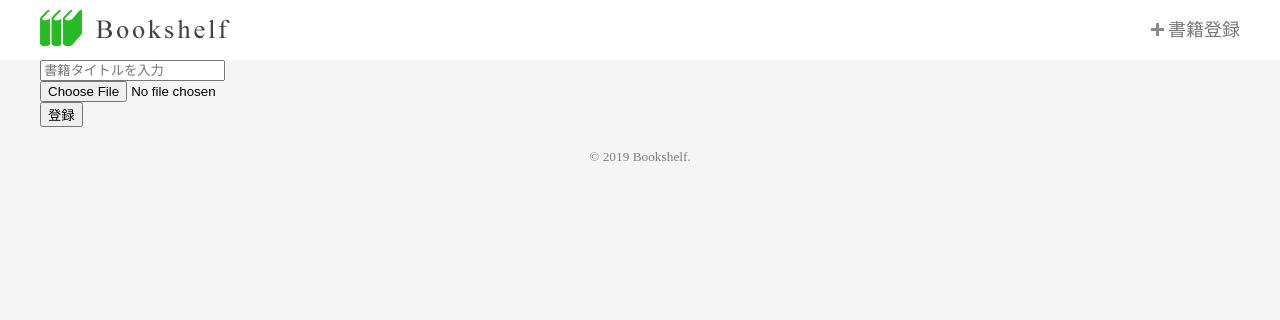
Repository: yuki-koike/bookshelf
Page: http://localhost/bookshelf_form.php
The author's editor kept a record of every edit. The page is drawn from the files as they stood at one moment, then again after the next edit.
The browser window is 1280 px wide. The pictures show the whole page.
The page is run by PHP 8.4 with error messages shown; the project is at /var/www/html/.

Above is the page before.

### bookshelf_form.php
<!DOCTYPE html>
<html lang="ja">
    <head>
        <meta charset="utf-8">
        <title>Bookshelf | カンタン！あなたのオンライン本棚</title>
        <link rel="stylesheet" href="bookshelf.css">
    </head>
    <body>
        <header>
            <div id="header">
                <div id="logo">
                    <a href="./bookshelf_index.php"><img src="./images/logo.png" alt="Bookshelf"></a>
                </div>
                <nav>
                    <a href="./bookshelf_form.php"><img src="./images/icon_plus.png" alt=""> 書籍登録</a>
                </nav>
            </div>
        </header>
        <div id="wrapper">
            <div id="main">
                <form action="bookshelf_index.php" method="post" class="form_book" enctype="multipart/form-data">
                    <div class="book_title">
                        <input type="text" name="add_book_title" placeholder="書籍タイトルを入力">
                    </div>
                    <div class="book_image">
                        <input type="file" name="add_book_image">
                    </div>
                    <div class="book_submit">
                        <input type="submit" name="submit_add_book" value="登録">
                    </div>
                </form>
            </div>
        </div>
        <footer>
            <small>© 2019 Bookshelf.</small>
        </footer>
    </body>
</html>

### bookshelf.css
@charset "UTF-8";

＊{
    box-sizing: border-box;
}
.clearfix::after {
    content: "";
    clear: both;
    display: block;
}

body {
    margin: 0;
    padding: 0;
    background-color: #f5f5f5;
}

header {
    background-color: white;
}
#header {
    max-width: 1200px;
    height: 60px;
    margin: 0 auto;
}
#logo {
    display: inline-block;
    margin-top: 10px;
}
header nav {
    float: right;
    display: inline-block;
    margin-top: 15px;
}
header nav a {
    text-decoration: none;
    color: #777;
    font-size: 18px;
}

#cover {
    color: white;
    height: 300px;
    background-color: black;
    background-image: url("./images/cover.jpg");
    background-position: center center;
    background-repeat: no-repeat;
    display: flex;
    justify-content: center;
    align-items: center;
    flex-flow: column nowrap;
}
#cover_title {
    font-size: 36px;
    letter-spacing: 10px;
}

.book_status {
    display: inline-block;
    text-align: center;
}
.book_status input {
    cursor: pointer;
    background-color: #ddd;
}
.unread.active input {
    background-color: #e00d26;
}
.reading.active input {
    background-color: #219ed2;
}
.finished.active input {
    background-color: #1ca40a;
}
.unread input:hover {
    background-color: #e00d26;
}
.reading input:hover {
    background-color: #219ed2;
}
.finished input:hover {
    background-color: #1ca40a;
}

.book_count {
    margin-top: 5px;
}

#cover .book_status input {
 border: 0;
 color: white;
 font-size: 16px;
 font-weight: bold;
 margin: 0 25;
 padding: 0;
 width: 70px;
 height: 30px;
 border-radius: 15px;
 text-align: center;
}

#main {
    margin: 0 auto;
    width: 1200px;
}

#book_list {
    margin: 20px auto;
}

.book_item {
    width: 170px;
    height: 270px;
    padding: 10px;
    display: table-cell;
    text-align: center;
    vertical-align: middle;
}

.book_item .datail {
    padding: 10px;
    background-color: #fafafa;
    border-top: solid 1px #ddd;
}

.book_item .datail .book_title {
    margin: 0 auto;
    height: 50px;
    text-align: center;
    overflow: hidden;
}

.book_item .book_datail form {
    padding-top: 5px;
    text-align: center;
}

.book_item .book_detail .book_status input {
    border: 0;
    color: white;
    font-size: 14px;
    font-weight: bold;
    margin: 0 4px;
    padding: 0;
    width: 70px;
    height: 30px;
    border-radius: 5px;
}

.book_delete {
    margin-top: 5px;
    text-align: right;
}

.book_delete input {
    border: 0;
    padding: 0;
    background-color: white;
    color: gray;
    font-size: 12px;
    cursor: pointer;
}

.book_delete img {
    vertical-align: text-bottom;
}

footer {
    padding: 20px 0;
    text-align: center;
    color: gray;
}

After the next edit:
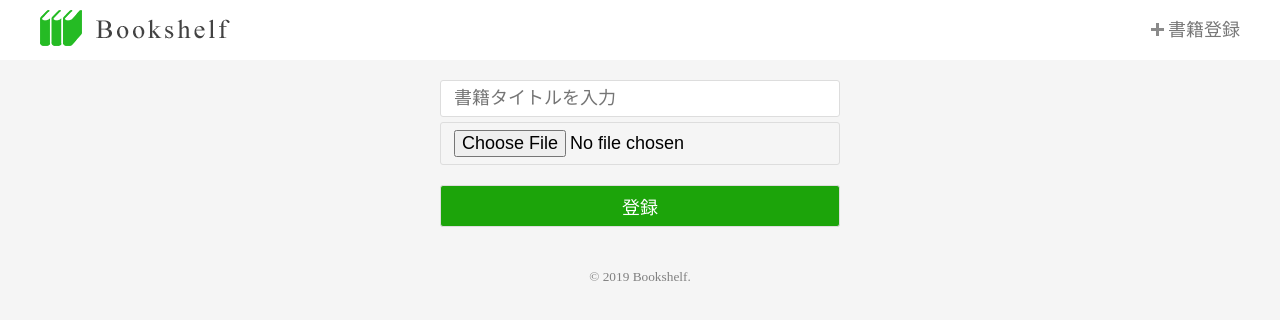
The edit:
--- a/bookshelf.css
+++ b/bookshelf.css
@@ -1,20 +1,18 @@
 @charset "UTF-8";
 
-＊{
+* {
     box-sizing: border-box;
 }
 .clearfix::after {
-    content: "";
-    clear: both;
-    display: block;
-}
-
+  content: "";
+  clear: both;
+  display: block;
+}
 body {
     margin: 0;
     padding: 0;
     background-color: #f5f5f5;
 }
-
 header {
     background-color: white;
 }
@@ -50,6 +48,7 @@
     align-items: center;
     flex-flow: column nowrap;
 }
+
 #cover_title {
     font-size: 36px;
     letter-spacing: 10px;
@@ -63,6 +62,7 @@
     cursor: pointer;
     background-color: #ddd;
 }
+
 .unread.active input {
     background-color: #e00d26;
 }
@@ -87,21 +87,21 @@
 }
 
 #cover .book_status input {
- border: 0;
- color: white;
- font-size: 16px;
- font-weight: bold;
- margin: 0 25;
- padding: 0;
- width: 70px;
- height: 30px;
- border-radius: 15px;
- text-align: center;
+    border: 0;
+    color: white;
+    font-size: 16px;
+    font-weight: bold;
+    margin: 0 25px;
+    padding: 0;
+    width: 70px;
+    height: 30px;
+    border-radius: 15px;
+    text-align: center;
 }
 
 #main {
+    width: 1200px;
     margin: 0 auto;
-    width: 1200px;
 }
 
 #book_list {
@@ -109,7 +109,15 @@
 }
 
 .book_item {
-    width: 170px;
+    width: 270px;
+    margin: 15px;
+    float: left;
+    background-color: white;
+    border: solid 1px #ddd;
+}
+
+.book_item .book_image {
+    width: 270px;
     height: 270px;
     padding: 10px;
     display: table-cell;
@@ -117,20 +125,26 @@
     vertical-align: middle;
 }
 
-.book_item .datail {
+.book_item .book_image img {
+    max-height: 250px;
+    max-width: 250px;
+    vertical-align: middle;
+}
+
+.book_item .book_detail {
     padding: 10px;
     background-color: #fafafa;
     border-top: solid 1px #ddd;
 }
 
-.book_item .datail .book_title {
+.book_item .book_detail .book_title {
     margin: 0 auto;
     height: 50px;
     text-align: center;
     overflow: hidden;
 }
 
-.book_item .book_datail form {
+.book_item .book_detail form {
     padding-top: 5px;
     text-align: center;
 }
@@ -151,7 +165,6 @@
     margin-top: 5px;
     text-align: right;
 }
-
 .book_delete input {
     border: 0;
     padding: 0;
@@ -170,3 +183,27 @@
     text-align: center;
     color: gray;
 }
+
+.form_book {
+    width: 400px;
+    margin: 20px auto;
+}
+.form_book input {
+    display: inline-block;
+    margin-bottom: 0;
+    vertical-align: middle;
+    width: 400px;
+    padding: 7px 13px;
+    border-radius: 3px;
+    border: 1px solid #ddd;
+    font-size: 18px;
+}
+.form_book .book_image {
+    margin-top: 5px;
+}
+.form_book .book_submit input {
+    margin-top: 20px;
+    color: white;
+    cursor: pointer;
+    background-color: #1ca40a;
+}
